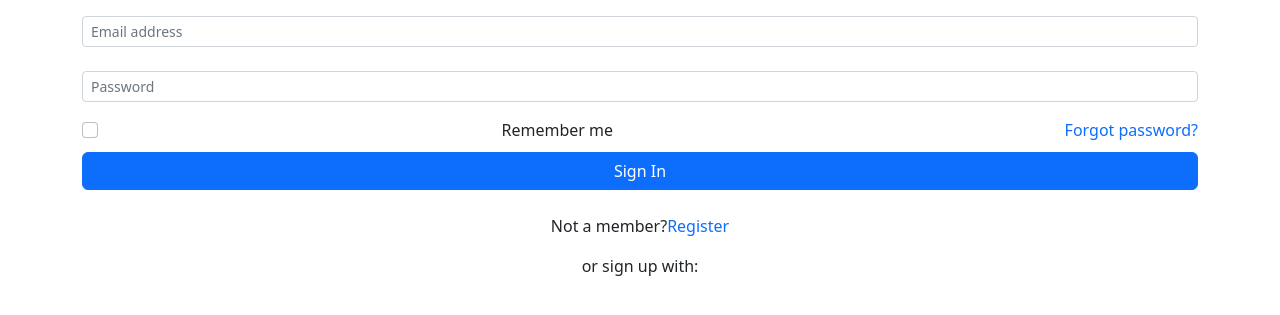
Repository: NPhanA/React2022
Page: / (app in Day 03-React/exercise/)
These files come from the project's save history. The page is drawn as it stood at one moment and after the next save; the edit follows.
The browser window is 1280 px wide. The pictures show the whole page.
The project was rebuilt for these pictures with package versions that can differ from the ones it lists, and the page was loaded fresh each time. Also part of the build but not shown: Day 03-React/exercise/src/App.css, Day 03-React/exercise/src/App.js, Day 03-React/exercise/src/Components/UserAgent.js, Day 03-React/exercise/src/Components/ProfileCard.js.

Above is the page before, as saved 2022-07-26 22:38:20.

After the next save:
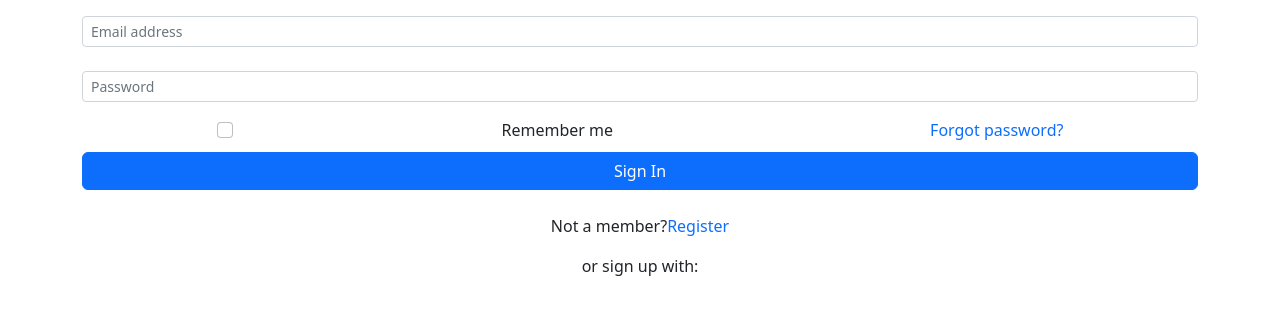
Saved 26 s later.
--- a/Day 03-React/exercise/src/Components/SignInForm.js
+++ b/Day 03-React/exercise/src/Components/SignInForm.js
@@ -8,7 +8,7 @@ function SignInForm() {
                         <input type="email" className="form-control form-control-sm mt-3 mb-4" placeholder="Email address" required></input>
                         <input type="password" className="form-control form-control-sm" placeholder="Password" required></input>
                     </div>
-                    <div class="form-check mt-3 d-flex justify-content-between ">
+                    <div class="form-check mt-3 d-flex justify-content-around ">
                         <input className="form-check-input" type="checkbox" value="" id="flexCheckDefault"></input>
                         <label class="form-check-label" for="flexCheckDefault">
                             Remember me
